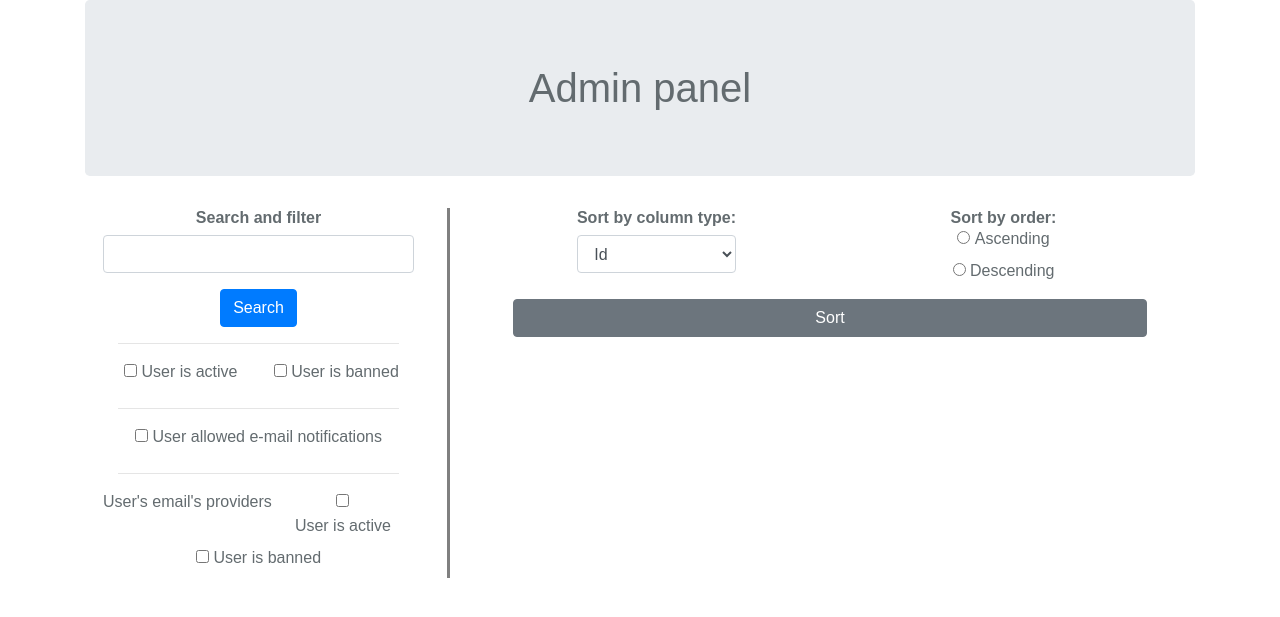
Repository: WOLVGVNG/gameclan
Page: resources/views/admin_panel.blade.php
The author's editor kept a copy of each file at every save. The page is drawn from the files as they stood at one save, then again after the next save.
The browser window is 1280 px wide. The pictures show the whole page.
The page is served by the project's Laravel application, run on PHP 8.4 with Laravel 8. The template is opened directly, without the code that normally fills it, so the values that code supplies are empty.

Above is the page before, as saved 2019-03-20 19:37:57.

After the next save:
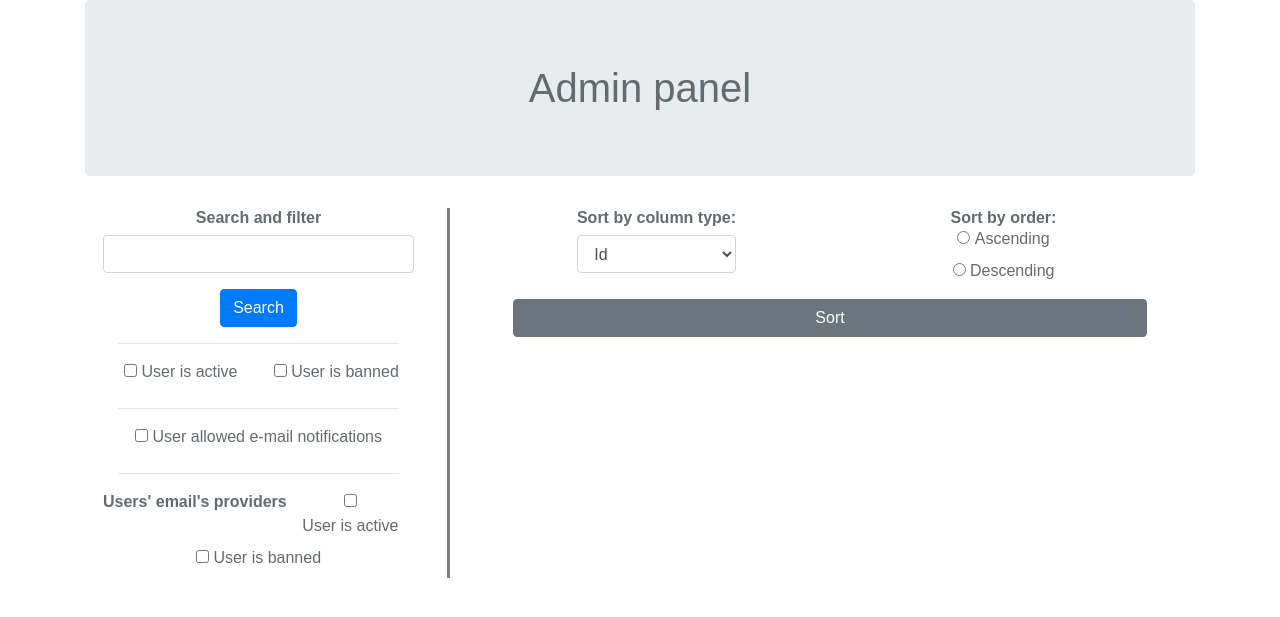
Saved 46 s later.
--- a/resources/views/admin_panel.blade.php
+++ b/resources/views/admin_panel.blade.php
@@ -35,7 +35,7 @@
                 </div>
                 <hr>
                 <div class='row'>
-                    <p>User's email's providers</p>
+                    <p class='font-weight-bold text-center'>Users' email's providers</p>
                         <div class='col'>
                             <input type='checkbox' name='filter_active' id='active' value=true @if(session('filter_active')==true) echo checked @endif>
                             <label for='active'>User is active</label>
